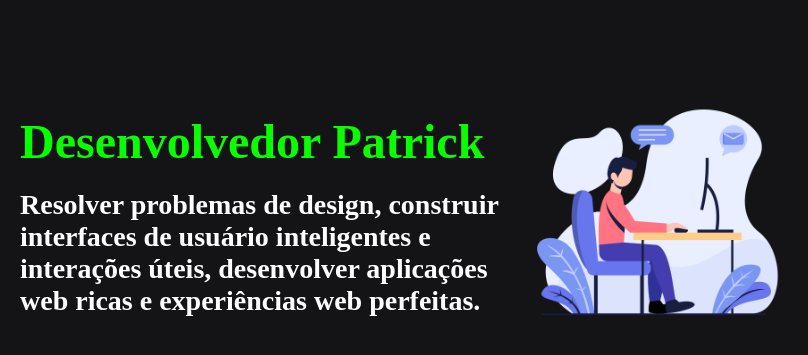
Repository: PatrickAlmeida007/aula1811
Page: index.html
These files come from the project's save history. The page is drawn as it stood at one moment and after a run of saves; the edit follows.
The browser window is 768 px wide. The page is 808 px wide, then 788 px, so the pictures cover 808 px, including what lies to the right of the window. The pictures show the whole page.

Above is the page before, as saved 2023-11-18 16:45:38.

### index.html
<!DOCTYPE html>
<html lang="pt-br">
<head>
    <meta charset="UTF-8">
    <meta name="viewport" content="width=device-width, initial-scale=1.0">
    <title>Aula 18-11</title>
    <link rel="stylesheet" href="style.css">
</head>
<body>
    <section class="section">
        <div class="container">
            <div class="sobre">

                <div class="sobre__conteudo">
                    <h1 class="sobre__titulo sobre__titulo--verde">
                        Desenvolvedor Patrick
                    </h1>
                    <p class="sobre__decricao">
                        Resolver problemas de design, construir interfaces de usuário inteligentes e interações úteis, desenvolver aplicações web ricas e experiências web perfeitas.
                    </div>
                    <div class="sobre__imagem">
                        <img src="./imagens/campiuter gai.png" alt="computer-guy">
                    </div>
                </div>
            </div>
        </div>
    </section>
</body>
</html>

### style.css
/* http://meyerweb.com/eric/tools/css/reset/
   v2.0 | 20110126
   License: none (public domain)
*/

html, body, div, span, applet, object, iframe,
h1, h2, h3, h4, h5, h6, p, blockquote, pre,
a, abbr, acronym, address, big, cite, code,
del, dfn, em, img, ins, kbd, q, s, samp,
small, strike, strong, sub, sup, tt, var,
b, u, i, center,
dl, dt, dd, ol, ul, li,
fieldset, form, label, legend,
table, caption, tbody, tfoot, thead, tr, th, td,
article, aside, canvas, details, embed,
figure, figcaption, footer, header, hgroup,
menu, nav, output, ruby, section, summary,
time, mark, audio, video {
	margin: 0;
	padding: 0;
	border: 0;
	font-size: 100%;
	font: inherit;
	vertical-align: baseline;
}
/* HTML5 display-role reset for older browsers */
article, aside, details, figcaption, figure,
footer, header, hgroup, menu, nav, section {
	display: block;
}
body {
	line-height: 1;
    background: rgb(20, 20, 22 )
}
ol, ul {
	list-style: none;
}
blockquote, q {
	quotes: none;
}
blockquote:before, blockquote:after,
q:before, q:after {
	content: '';
	content: none;
}
table {
	border-collapse: collapse;
	border-spacing: 0;
}

.container {
    width:100%;
    max-width: 1150px;
    margin: 0 auto;
}

.section {
    padding: 80px 0;
}

.sobre{
  display: flex;
  justify-content: space-between;
  align-items: center;
}
.sobre__conteudo {
    max-width:500px;
}
.sobre__titulo{
    font-size:48px;
    line-height: normal;
    font-weight: 700;
    margin-bottom:20px;
}

.sobre__titulo--verde{
    color:rgb(9, 255, 0);
}

.sobre__decricao{
    font-size:28px;
    line-height:normal;
    font-weight:700;
    color: #ffffff;
}
.sobre__imagem{
    width:100%;
    height: 100%;
    max-width:600px;
    max-height:600px;
}

.sobre__imagem img {
    object-fit: contain;
    width: 100%;
    height: 100%;
}

@media (max-width: 768px){
    .container{
        padding: 0 20px;
    }

    .sobre__titulo {

    }

}

After the next 7 saves:
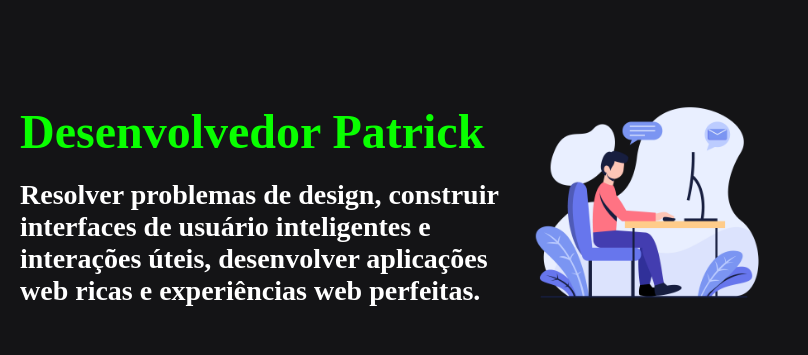
The 7 saves are shown as one change because they came seconds apart.
The last was saved 8 min 50 s later.
--- a/style.css
+++ b/style.css
@@ -99,6 +99,7 @@ table {
 @media (max-width: 768px){
     .container{
         padding: 0 20px;
+        width: calc(100% - 20px);
     }
 
     .sobre__titulo {
